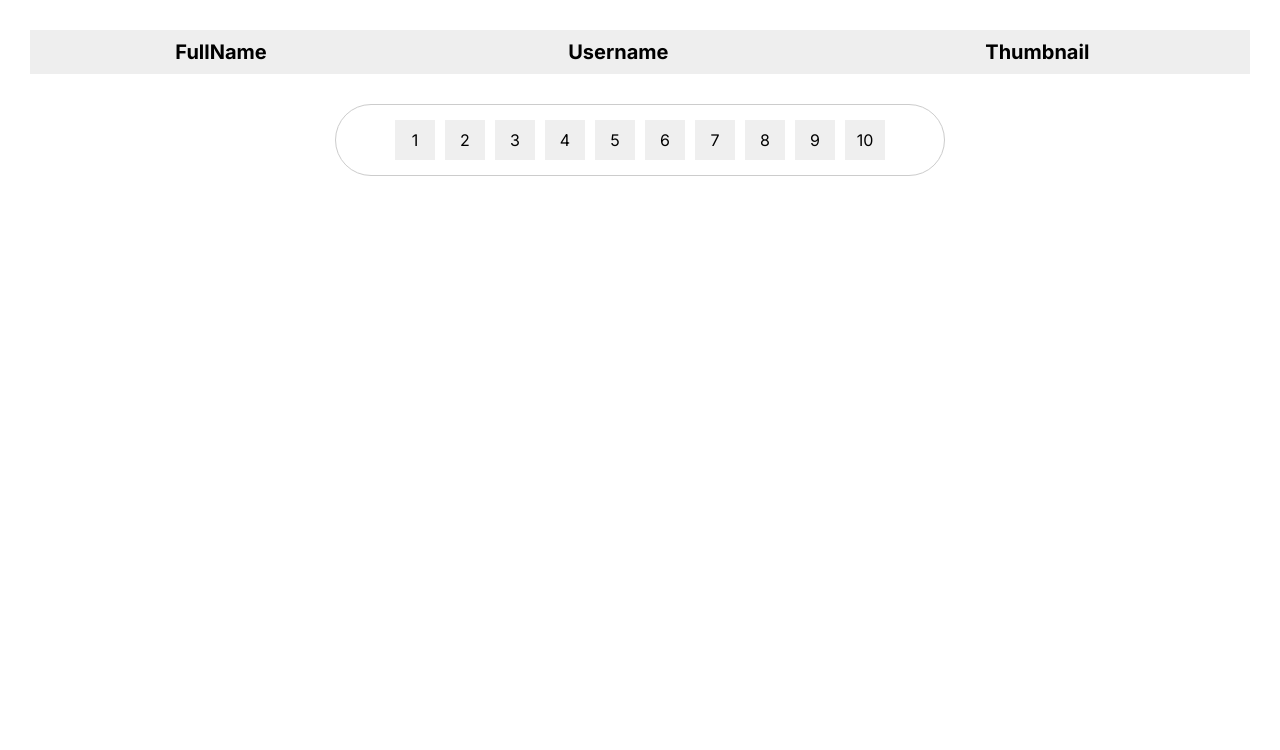
Repository: hoang0508/Test-FrontendReactJs-Twendee
Page: /
The author's editor kept a copy of each file at every save. The page is drawn from the files as they stood at one save, then again after the next save.
The browser window is 1280 px wide. The pictures show the whole page.
The page's requests for data from a server got no answer. The project was rebuilt for these pictures with package versions that can differ from the ones it lists, and the page was loaded fresh each time. No one was signed in, and anything a server would have sent is missing.

Above is the page before, as saved 2023-02-06 21:42:21.

After the next save:
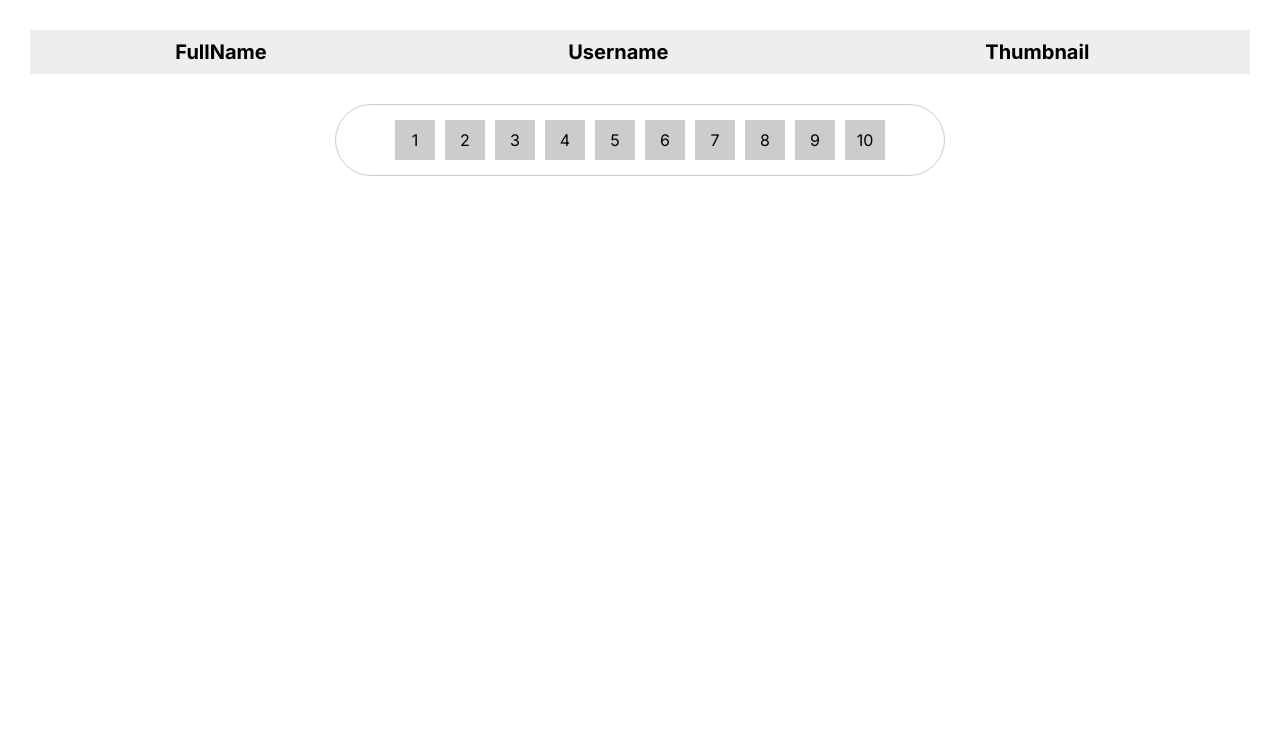
Saved 23 s later.
--- a/src/components/UserTable.scss
+++ b/src/components/UserTable.scss
@@ -56,6 +56,7 @@
     height: 40px;
     cursor: pointer;
     border: 0;
+    background-color: #ccc;
     padding: 5px 10px;
   }
 }
